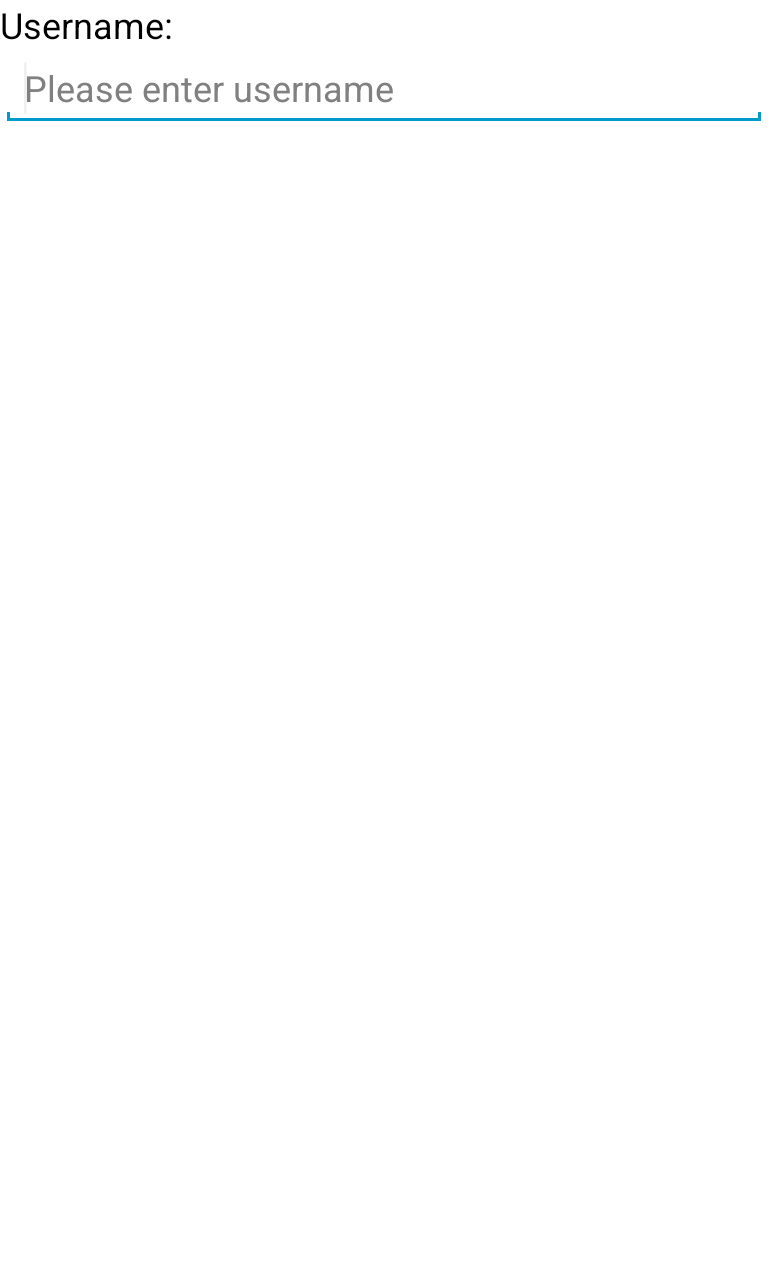
Repository: arp122/Gravitas-2014-Attendace
Layout: OrganisationGravitas/myworkspace/MusicTrivia/res/layout/login_page.xml
An editor plug-in stored every save of this project. The layout is shown before and after the next save, followed by the edit.
It is drawn on a 768 x 1280 px phone screen (xhdpi) without system bars, with theme AppTheme; the app's code is not run.

Above is the layout before, as saved 2014-09-20 17:29:48.

After the next save:
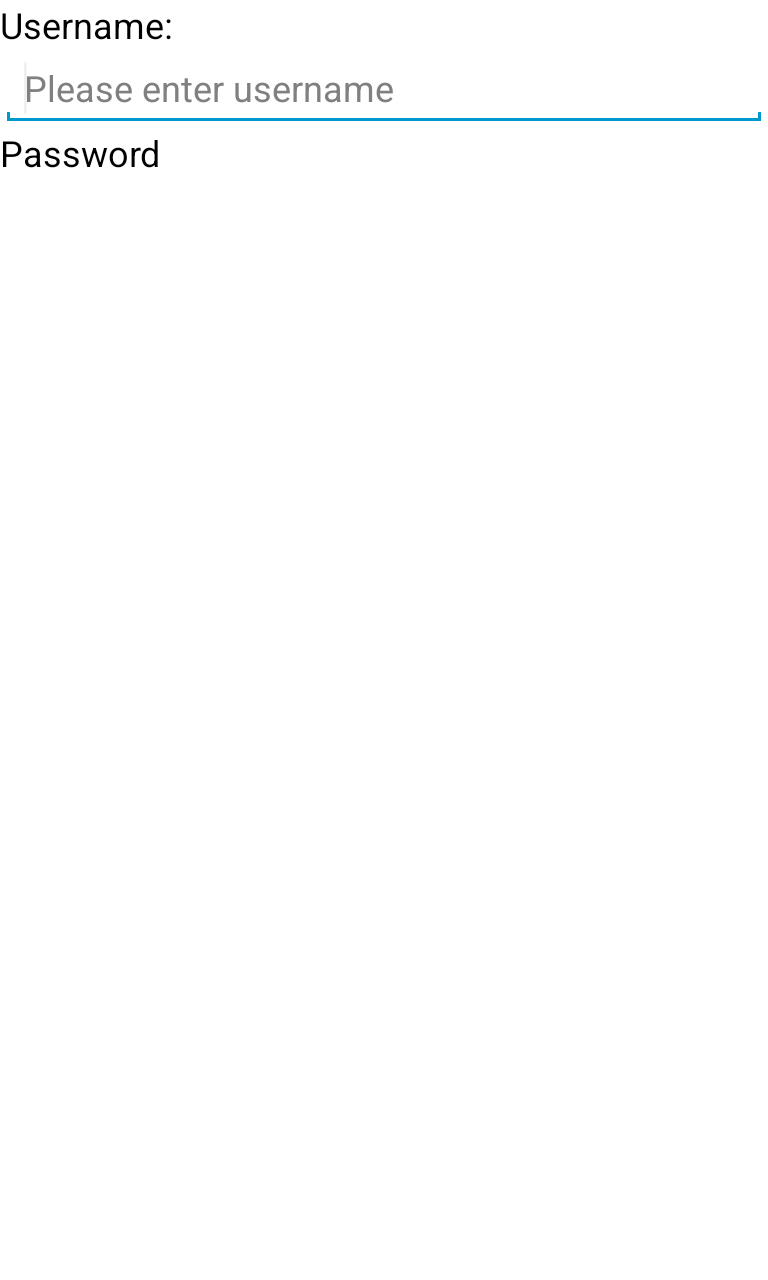
Saved 39 s later.
--- a/OrganisationGravitas/myworkspace/MusicTrivia/res/layout/login_page.xml
+++ b/OrganisationGravitas/myworkspace/MusicTrivia/res/layout/login_page.xml
@@ -22,4 +22,11 @@
         <requestFocus />
     </EditText>
 
+    <TextView
+        android:id="@+id/textView2"
+        android:layout_width="wrap_content"
+        android:layout_height="wrap_content"
+        android:text="Password"
+        android:textAppearance="?android:attr/textAppearanceMedium" />
+
 </LinearLayout>
